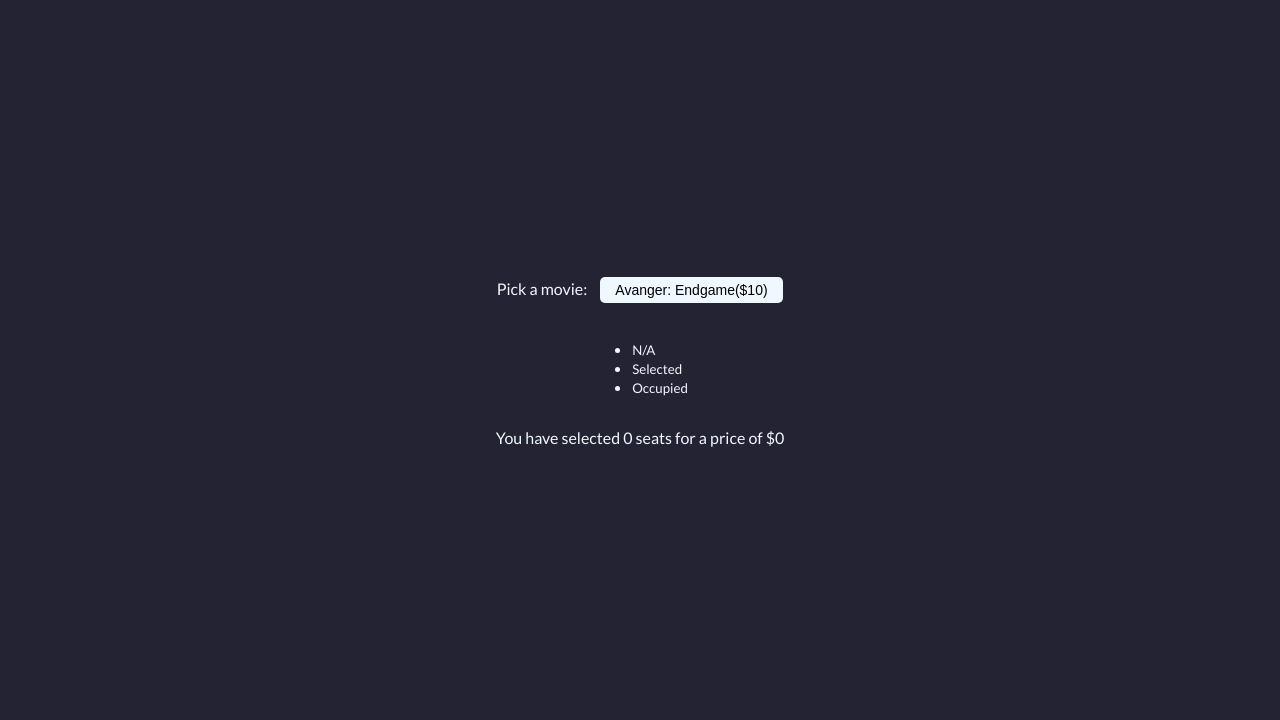
Repository: atko87/Movie-seat-Booking
Page: index.html
The author's editor kept a copy of each file at every save. The page is drawn from the files as they stood at one save, then again after the next save.
The browser window is 1280 px wide. The pictures show the whole page.

Above is the page before, as saved 2020-03-08 13:53:50.

After the next save:
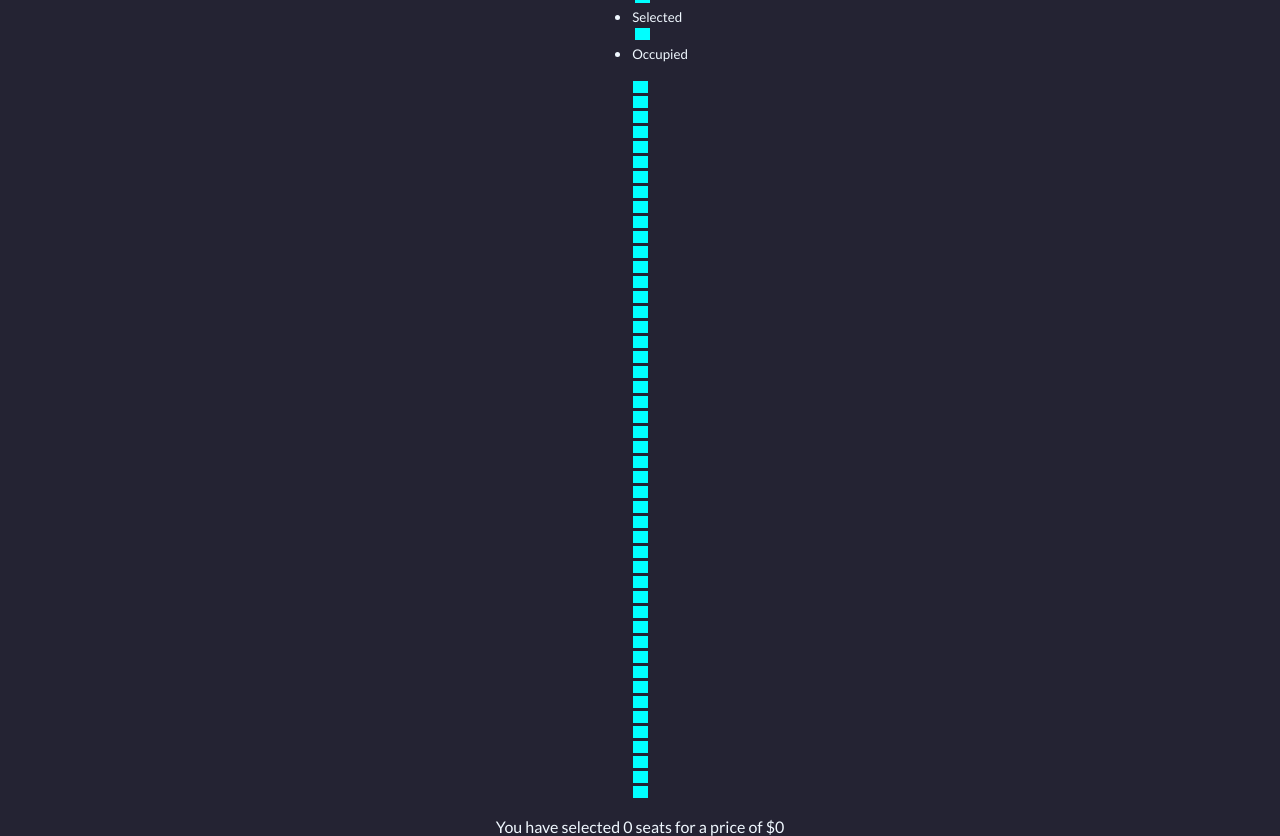
Saved 23 s later.
--- a/style.css
+++ b/style.css
@@ -31,7 +31,7 @@
   -webkit-appearance: none;
   appearance: none;
 }
-seat {
+.seat {
   background-color: aqua;
   height: 12px;
   width: 15px;
